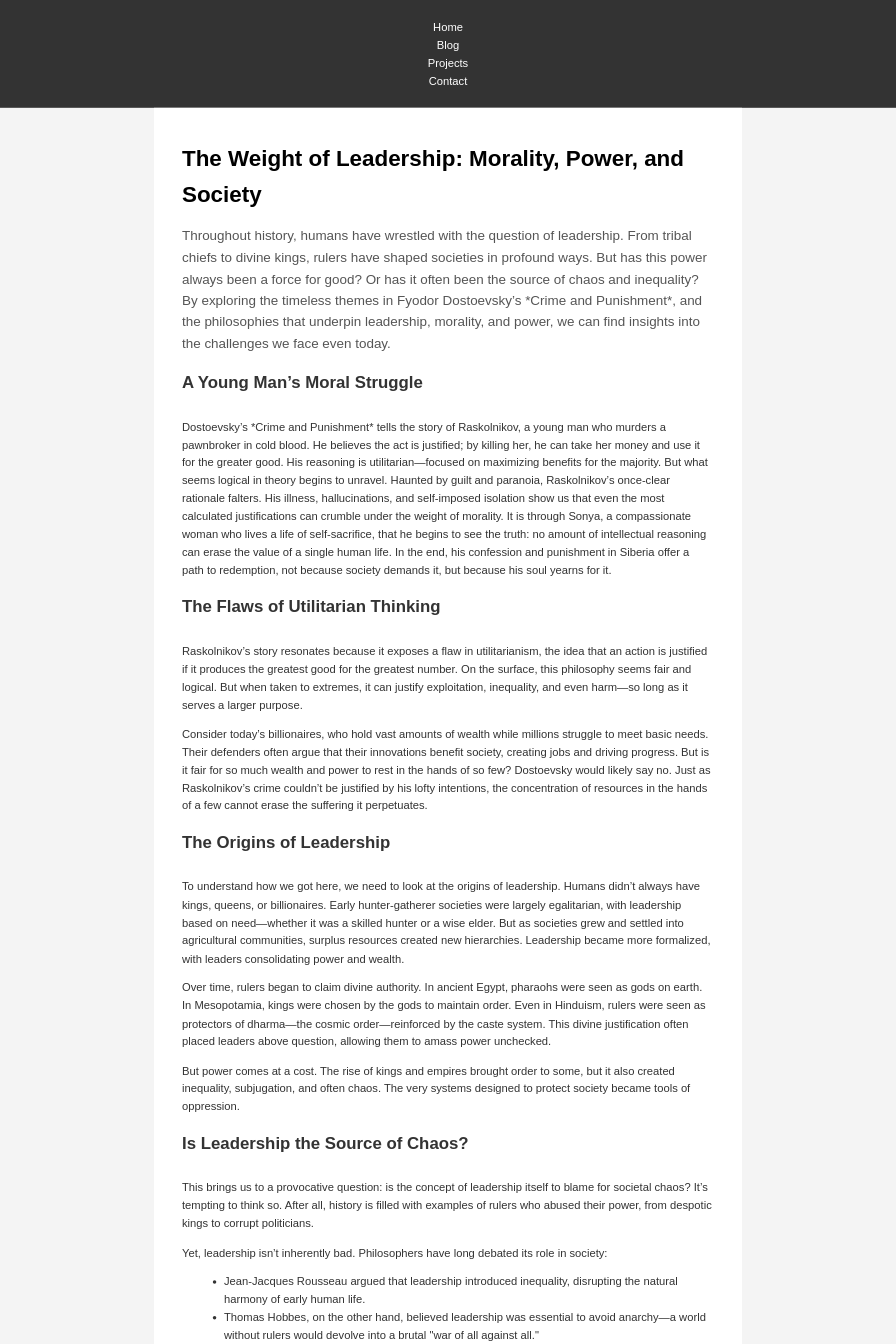
Repository: APersonalVoyage/APersonalVoyage.github.io
Page: blog_post_1.html
These files come from the project's save history. The page is drawn as it stood at one moment and after the next save; the edit follows.
The browser window is 1280 px wide. The pictures show the part of the page from y = 0 to 1920 px (the page is 3074 px tall before and 3070 px after), at 70% of full size.

Above is the page before, as saved 2024-11-16 22:09:51.

After the next save:
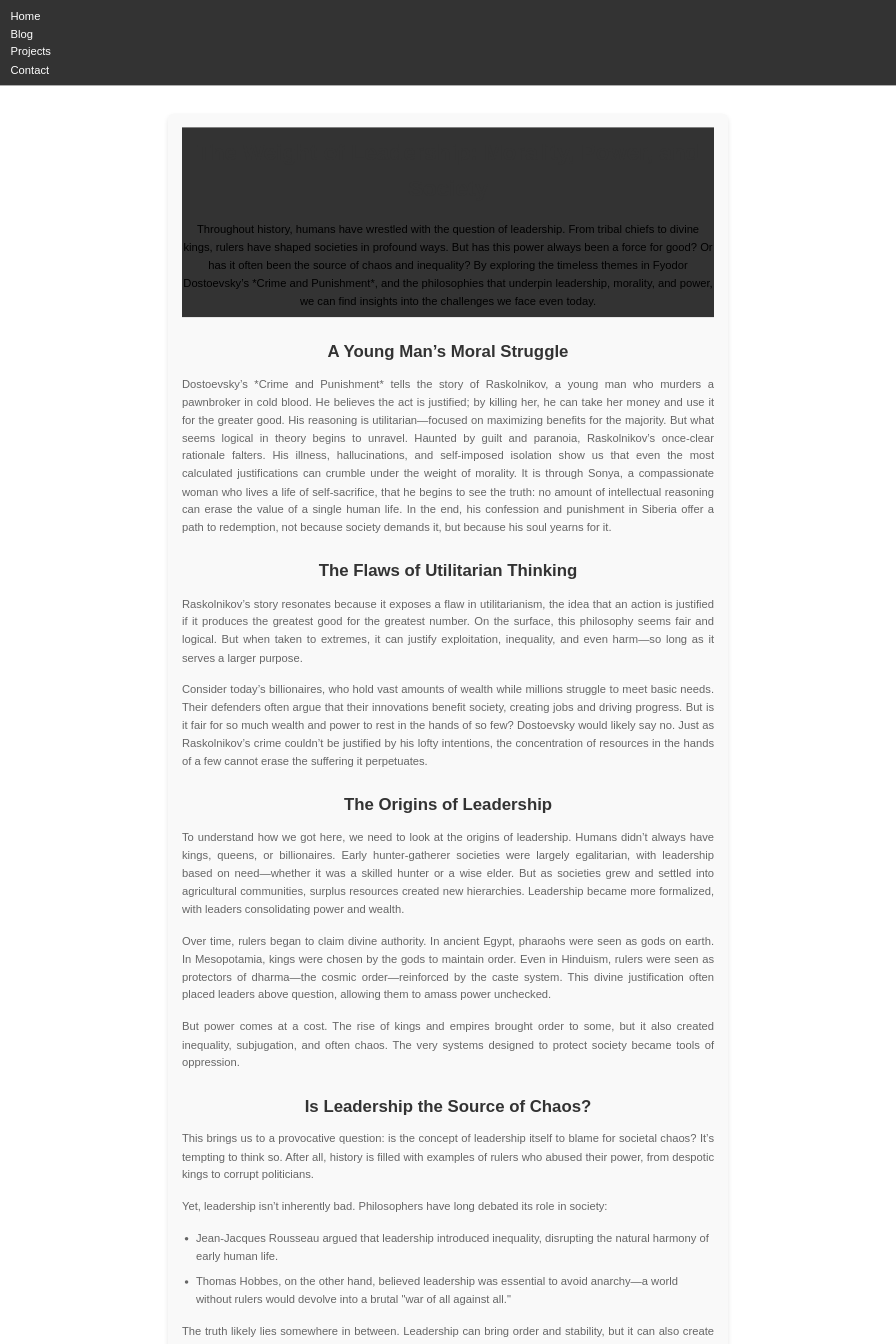
Saved 2 min 52 s later.
--- a/blog_posts_css.css
+++ b/blog_posts_css.css
@@ -1,71 +1,94 @@
+/* General reset and layout */
+* {
+  margin: 0;
+  padding: 0;
+  box-sizing: border-box;
+}
+
 body {
   font-family: Arial, sans-serif;
   line-height: 1.6;
-  margin: 0;
-  padding: 0;
-  background-color: #f4f4f4;
 }
 
-.header {
-  background: #333;
+header {
+  background-color: #333;
+  padding: 10px 0;
+}
+
+.nav-links {
+  display: flex;
+  justify-content: center;
+  list-style: none;
+}
+
+.nav-link {
   color: white;
-  padding: 10px 0;
+  text-decoration: none;
+  padding: 0 15px;
+}
+
+.nav-link:hover,
+.nav-link.active {
+  color: #ff9900;
+}
+
+/* Blog Post Content */
+.main-content {
+  padding: 20px;
   text-align: center;
 }
 
-.navbar .nav-list {
-  list-style: none;
-  padding: 0;
-}
-
-.navbar .nav-link {
-  color: white;
-  text-decoration: none;
-  padding: 10px 20px;
-}
-
-.main-content {
+.blog-article {
+  margin: 20px auto;
   padding: 20px;
+  background-color: #f9f9f9;
+  width: 90%;
   max-width: 800px;
-  margin: 0 auto;
-  background: white;
-}
-
-.blog-article {
-  margin: 20px;
+  border-radius: 8px;
+  box-shadow: 0 4px 8px rgba(0, 0, 0, 0.1);
 }
 
 .blog-article-title {
   font-size: 2rem;
-  font-weight: bold;
-  margin-bottom: 10px;
+  margin-bottom: 20px;
+  color: #333;
 }
 
-.blog-article-intro {
-  font-size: 1.2rem;
-  color: #555;
-}
-
-.blog-body {
+.blog-article-body {
   font-size: 1rem;
-  color: #333;
-  margin-top: 20px;
+  color: #666;
+  line-height: 1.6;
+  margin-bottom: 20px;
+  text-align: justify; /* Aligns text for better readability */
 }
 
 .subheading {
   font-size: 1.5rem;
-  margin-top: 20px;
+  margin-top: 30px;
+  margin-bottom: 15px;
+  color: #333;
 }
 
 .philosophers-list,
 .reflection-questions {
-  margin-left: 20px;
+  text-align: left; /* Aligns list items to the left */
+  margin: 20px auto;
+  padding-left: 20px;
+  list-style: disc;
 }
 
-.footer {
+.philosophers-list li,
+.reflection-questions li {
+  margin-bottom: 10px;
+  font-size: 1rem;
+  color: #666;
+}
+
+/* Footer Styling */
+footer {
+  background-color: #333;
+  color: white;
   text-align: center;
-  background: #333;
-  color: white;
-  padding: 10px;
-  margin-top: 20px;
+  padding: 10px 0;
+  margin-top: 40px;
 }

After the save that followed:
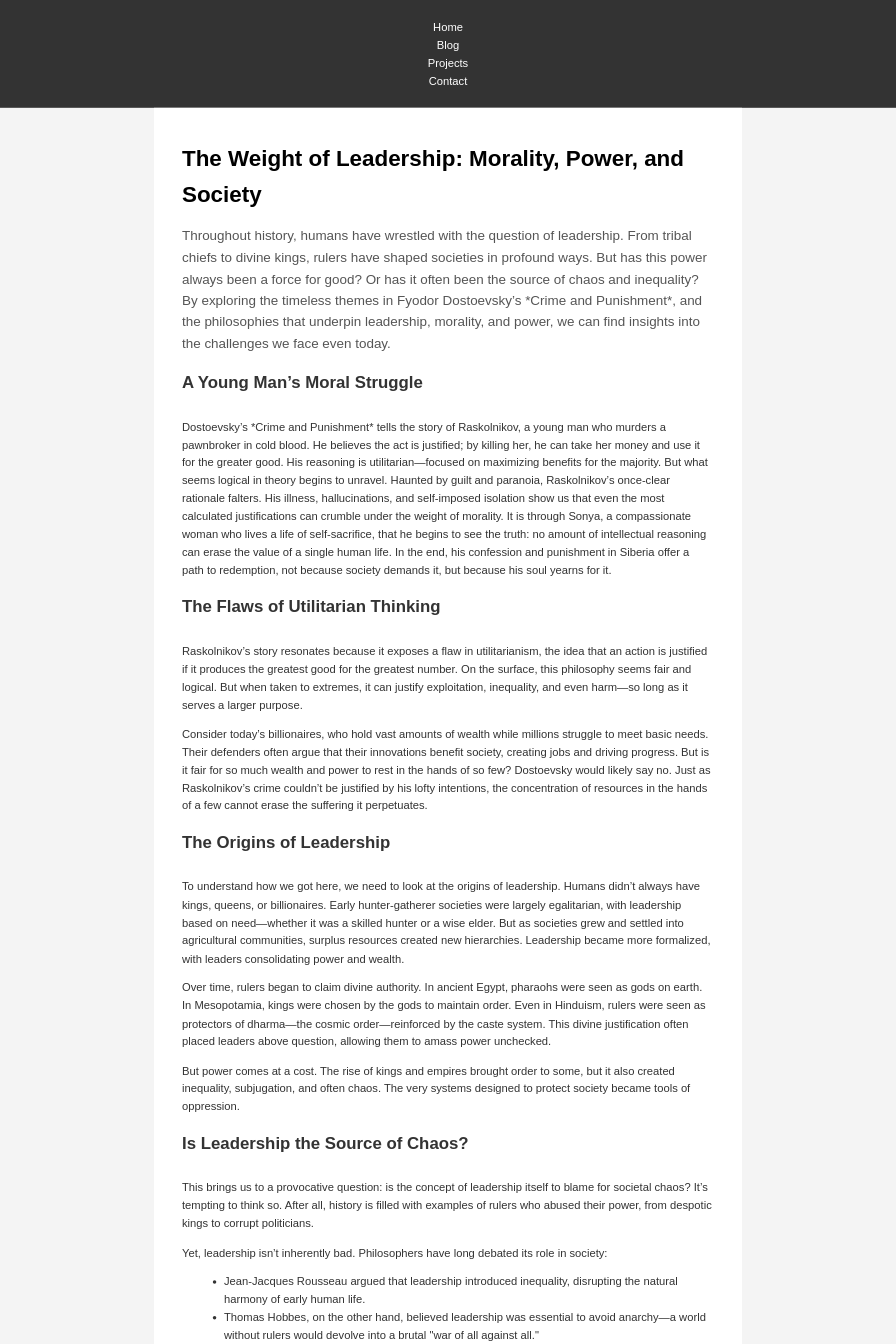
Saved 17 s later.
--- a/blog_posts_css.css
+++ b/blog_posts_css.css
@@ -1,94 +1,71 @@
-/* General reset and layout */
-* {
-  margin: 0;
-  padding: 0;
-  box-sizing: border-box;
-}
-
 body {
   font-family: Arial, sans-serif;
   line-height: 1.6;
+  margin: 0;
+  padding: 0;
+  background-color: #f4f4f4;
 }
 
-header {
-  background-color: #333;
+.header {
+  background: #333;
+  color: white;
   padding: 10px 0;
-}
-
-.nav-links {
-  display: flex;
-  justify-content: center;
-  list-style: none;
-}
-
-.nav-link {
-  color: white;
-  text-decoration: none;
-  padding: 0 15px;
-}
-
-.nav-link:hover,
-.nav-link.active {
-  color: #ff9900;
-}
-
-/* Blog Post Content */
-.main-content {
-  padding: 20px;
   text-align: center;
 }
 
+.navbar .nav-list {
+  list-style: none;
+  padding: 0;
+}
+
+.navbar .nav-link {
+  color: white;
+  text-decoration: none;
+  padding: 10px 20px;
+}
+
+.main-content {
+  padding: 20px;
+  max-width: 800px;
+  margin: 0 auto;
+  background: white;
+}
+
 .blog-article {
-  margin: 20px auto;
-  padding: 20px;
-  background-color: #f9f9f9;
-  width: 90%;
-  max-width: 800px;
-  border-radius: 8px;
-  box-shadow: 0 4px 8px rgba(0, 0, 0, 0.1);
+  margin: 20px;
 }
 
 .blog-article-title {
   font-size: 2rem;
-  margin-bottom: 20px;
-  color: #333;
+  font-weight: bold;
+  margin-bottom: 10px;
 }
 
-.blog-article-body {
+.blog-article-intro {
+  font-size: 1.2rem;
+  color: #555;
+}
+
+.blog-body {
   font-size: 1rem;
-  color: #666;
-  line-height: 1.6;
-  margin-bottom: 20px;
-  text-align: justify; /* Aligns text for better readability */
+  color: #333;
+  margin-top: 20px;
 }
 
 .subheading {
   font-size: 1.5rem;
-  margin-top: 30px;
-  margin-bottom: 15px;
-  color: #333;
+  margin-top: 20px;
 }
 
 .philosophers-list,
 .reflection-questions {
-  text-align: left; /* Aligns list items to the left */
-  margin: 20px auto;
-  padding-left: 20px;
-  list-style: disc;
+  margin-left: 20px;
 }
 
-.philosophers-list li,
-.reflection-questions li {
-  margin-bottom: 10px;
-  font-size: 1rem;
-  color: #666;
+.footer {
+  text-align: center;
+  background: #333;
+  color: white;
+  padding: 10px;
+  margin-top: 20px;
 }
-
-/* Footer Styling */
-footer {
-  background-color: #333;
-  color: white;
-  text-align: center;
-  padding: 10px 0;
-  margin-top: 40px;
-}
